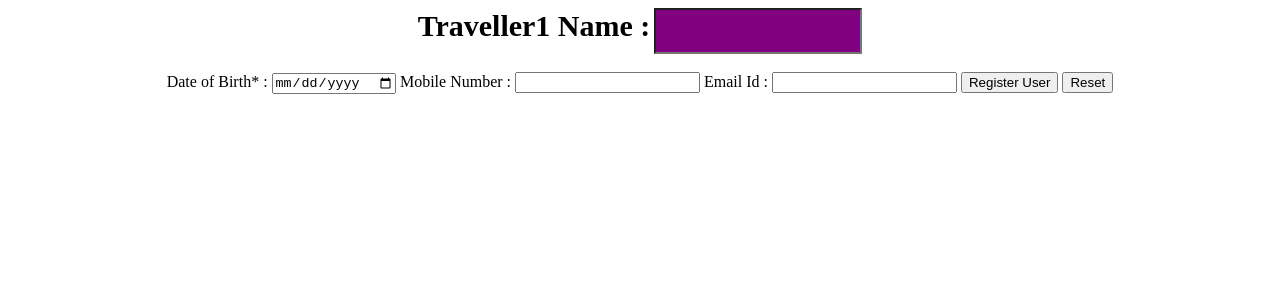
Repository: KanimozhiThandapani/Phase2AirlineBookingProject
Page: http://localhost/AirlineBooking/registrationPage.jsp
These files come from the project's save history. The page is drawn as it stood at one moment and after the next save; the edit follows.
The browser window is 1280 px wide. The pictures show the whole page.
The page is served by Tomcat 9.

Above is the page before, as saved 2022-04-26 07:02:02.

After the next save:
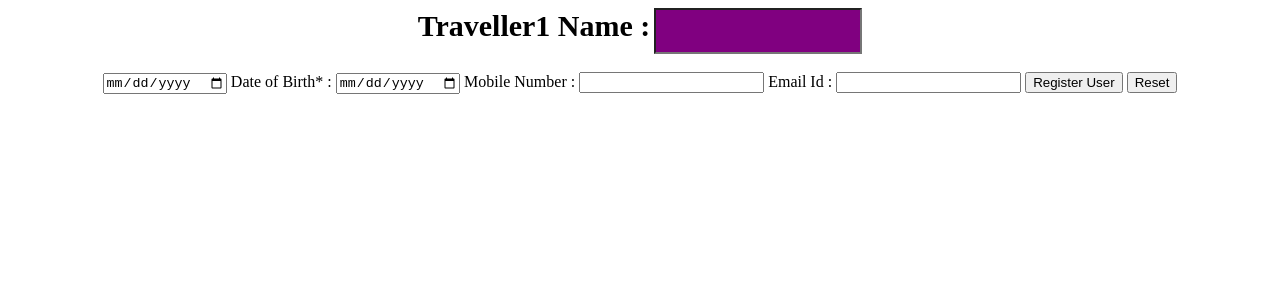
Saved 11 s later.
--- a/AirlineBooking/WebContent/registrationPage.jsp
+++ b/AirlineBooking/WebContent/registrationPage.jsp
@@ -13,7 +13,7 @@
 
 		<label for="Traveller1" style="font-size: 30px"><strong>Traveller1 Name :</strong></label>
         <input type="text" id="dot" name="t1name" style="width:200px;height: 40px; background: purple; color: #FFF;" required><br><br>
-
+		<input type="date" name="dob" required>
 
 
 
